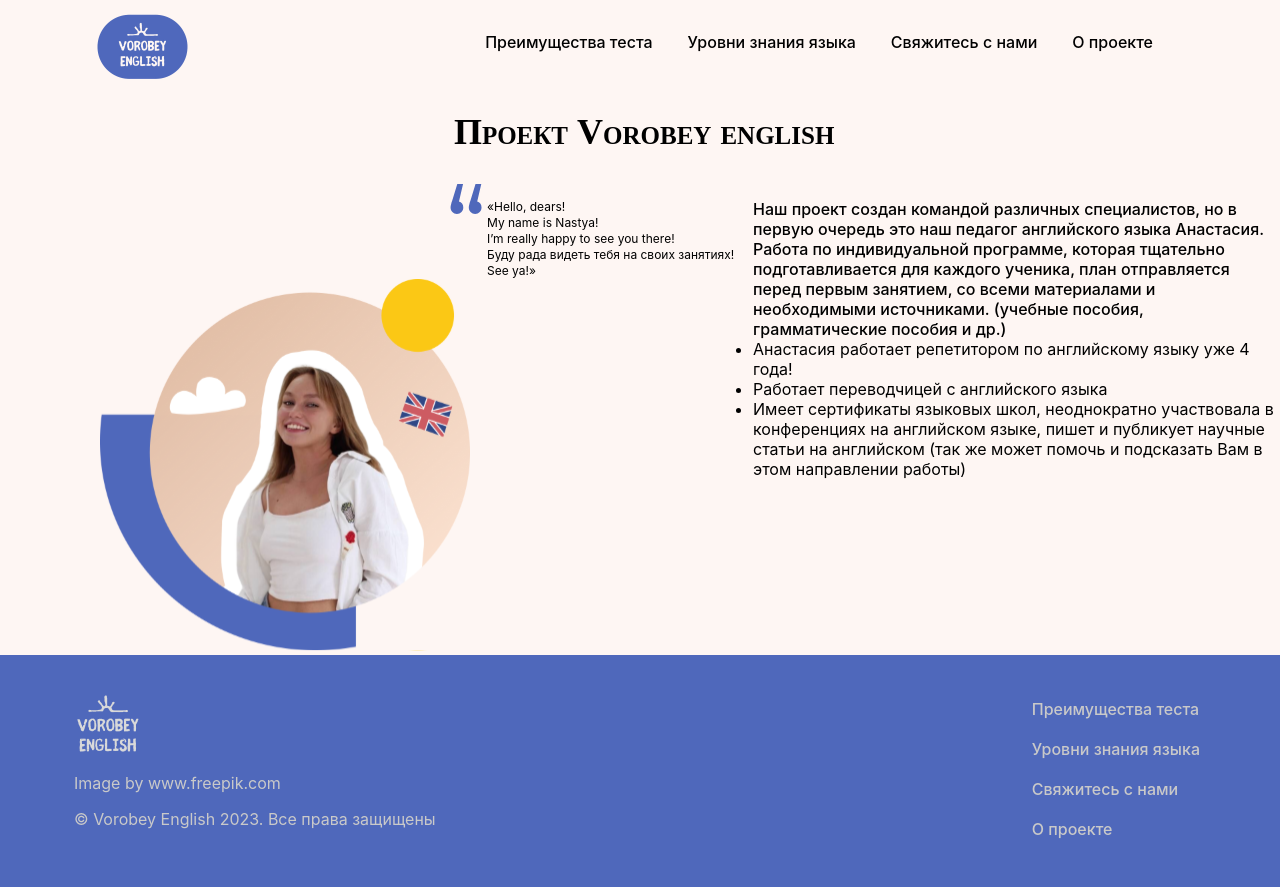
Repository: WladimirVA/PP-01-01_Dandelions
Page: info-customer.html
These files come from the project's save history. The page is drawn as it stood at one moment and after the next save; the edit follows.
The browser window is 1280 px wide. The pictures show the whole page.

Above is the page before, as saved 2023-03-17 11:36:55.

After the next save:
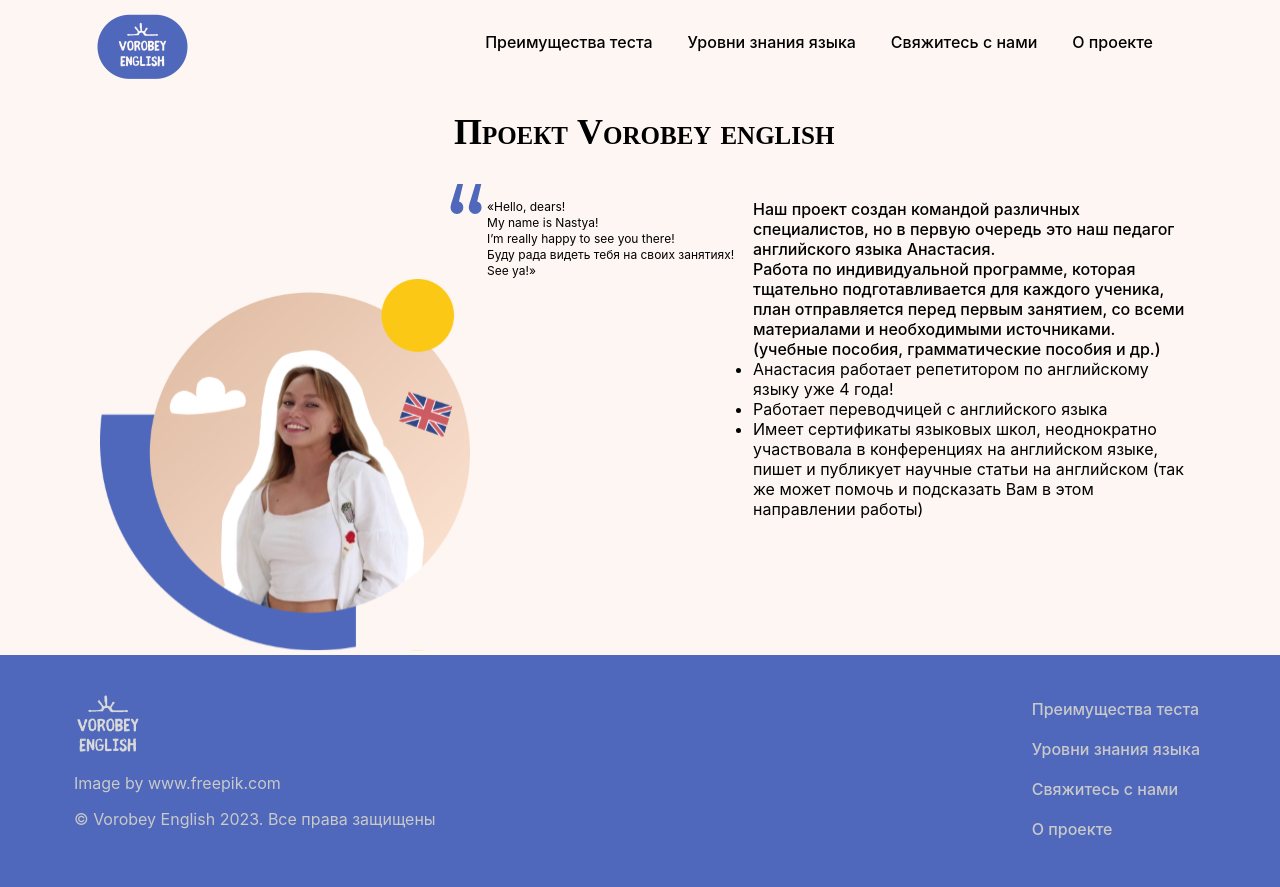
Saved 22 s later.
--- a/static/css/vorobey.css
+++ b/static/css/vorobey.css
@@ -62,4 +62,5 @@
 
 .help_vorobey {
     max-width: 581px;
+    margin: 0 93px 0 0;
 }
